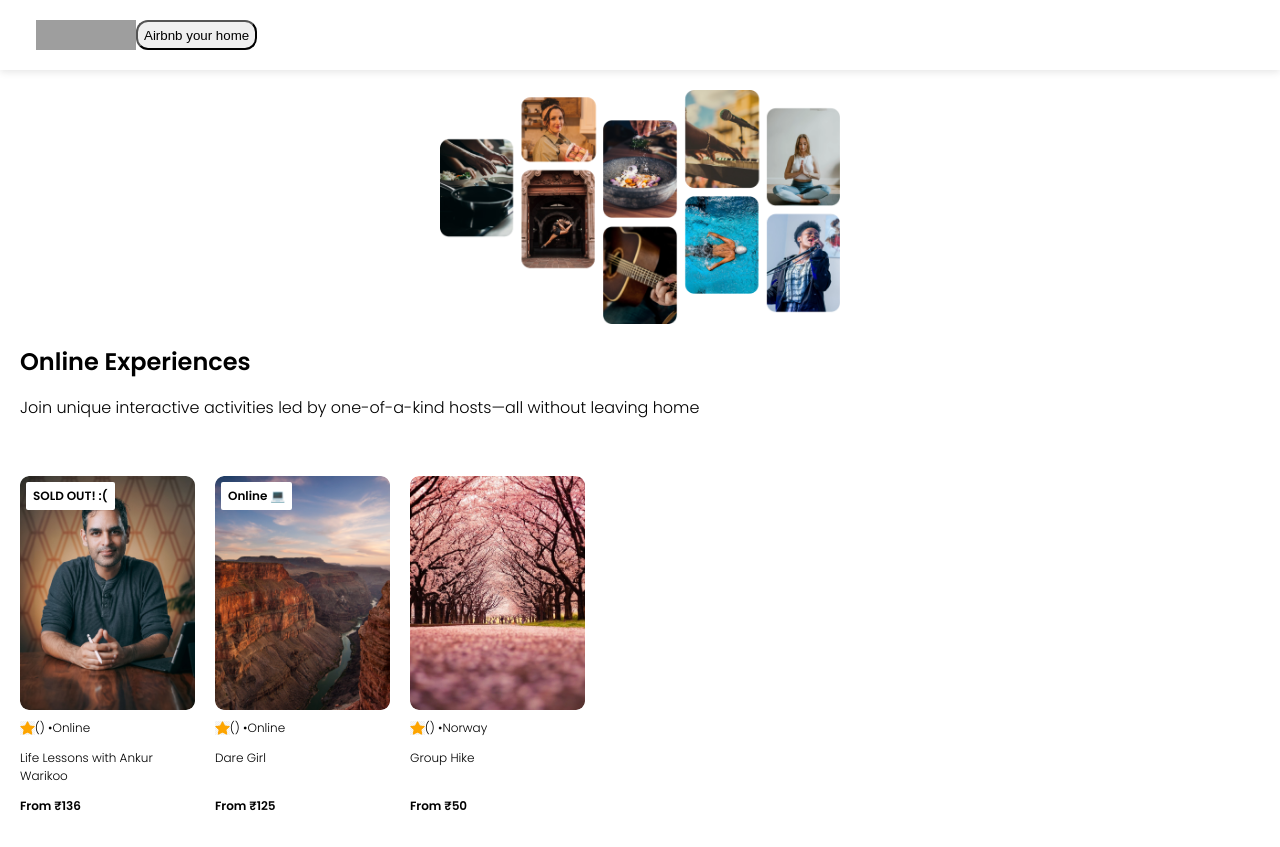
Repository: Sundaram-2001/Airbnb-experience
Page: /
An editor plug-in stored every save of this project. The page is shown before and after the next save, followed by the edit.
The browser window is 1280 px wide. The pictures show the whole page.
Pictures or frames that could not be fetched are drawn as grey boxes. The project was rebuilt for these pictures with package versions that can differ from the ones it lists, and the page was loaded fresh each time.

Above is the page before, as saved 2023-01-26 00:10:19.

### public/index.html
<!DOCTYPE html>
<html lang="en">
  <head>
    <link rel="preconnect" href="https://fonts.googleapis.com">
        <link rel="preconnect" href="https://fonts.gstatic.com" crossorigin>
        <link href="https://fonts.googleapis.com/css2?family=Poppins:wght@300;600&display=swap" rel="stylesheet">
    <meta charset="utf-8" />
    <link rel="icon" href="%PUBLIC_URL%/favicon.ico" />
    <meta name="viewport" content="width=device-width, initial-scale=1" />
    <meta name="theme-color" content="#000000" />
    <meta
      name="description"
      content="Web site created using create-react-app"
    />
    <link rel="apple-touch-icon" href="%PUBLIC_URL%/logo192.png" />

    <link rel="manifest" href="%PUBLIC_URL%/manifest.json" />

    <title>React App</title>
    <link rel="stylesheet" href="styles.css">
  </head>
  <body>
    <script src="index.js"></script>
    <div id="root"></div>

  </body>
</html>

### src/index.js
import React from 'react';
import ReactDOM from 'react-dom';
import App from "./components/App";

ReactDOM.render(<App/>,document.getElementById("root"));

### src/components/App.jsx
import React from 'react';
import ReactDOM from 'react-dom';
import Card from './Card';
import Hero from './Hero';
import Navbar from './Navbar';
import data from "./data";

export default function App(){
  const cards=data.map(item => {
    return(
      <Card

      item={item}
  />



    )


  })
  return (
    <div>
        <Navbar />
        <Hero />
      <section className='cards-list'>
        {cards}
        </section>

    </div>
)
}

### src/components/Card.jsx
import React from 'react';
import ReactDOM from 'react-dom';


function Card(props){
    let badgeText
    if(props.item.openSpots===0){
        badgeText="SOLD OUT! :("
    }
    else if(props.item.location==="Online"){
        badgeText="Online 💻"
    }
    return(
        <div className="card">
           {badgeText && <div className="card--badge">{badgeText}</div>}
            <img src={`../images/${props.item.coverImg}`} className="card--image" />
            <div className="card--stats">
                <img src="../images/download.png" className='card--star' />
                <span>{props.item.rating}</span>
                <span>({props.item.reviewCount}) • </span>
                <span>{props.item.location}</span>
            </div>
            <p className='card--title'> {props.item.title}</p>
            <p className="card--price"><span className="bold">From ₹{props.item.price}</span> </p>

        </div>
    )
}


export default Card;

### src/components/Hero.jsx
import React from 'react';
import ReactDOM from 'react-dom';


function Hero(){
    return(
        <section className='hero'>
            <img  className='hero--photo' src="../images/grid.png" alt="" />
            <h1 className='hero--header'>Online Experiences</h1>
            <p className='hero--text'>Join unique interactive activities led by
            one-of-a-kind hosts—all without leaving home</p>
        </section>
    )
}


export default Hero;//https://user-images.githubusercontent.com/78269625/158746508-4cd3f5a4-b6c4-4799-afe7-30777b1e0f5f.png

### src/components/Navbar.jsx
import React from 'react';
import ReactDOM from 'react-dom';

function Navbar(){
    return(

        <nav>
            <img className='nav--logo' src="../images/airbnb.png" alt="Air-bnb logo" width="120px" />
            <button class = "button">Airbnb your home</button>
        </nav>

    )
}

export default Navbar;

//https://media.designrush.com/inspiration_images/135187/conversions/_1511452487_364_Airbnb-mobile.jpg
//margin: 4px 4px;

### src/components/data.jsx
export default [
    {
        id: 1,
        title: "Life Lessons with Ankur Warikoo",
        description: "I will share with you what I call \"Positively Impactful Moments of Disappointment.\" Throughout my career, many of my highest moments only came after setbacks and losses. But learning from those difficult moments is what gave me the ability to rise above them and reach my goals.",
        price: 136,
        coverImg: "ankur-warikoo.png",
        stats: {
            rating: 5.0,
            reviewCount: 6
        },
        location: "Online",
        openSpots: 0,
    },
    {
        id: 2,
        title: "Dare Girl",
        description: "Interested in becoming a wedding photographer? For beginner and experienced photographers alike, join us in learning techniques required to leave the happy couple with memories that'll last a lifetime.",
        price: 125,
        coverImg: "grand-canyon.png",
        stats: {
            rating: 5.0,
            reviewCount: 30
        },
        location: "Online",
        openSpots: 27,
    },
    {
        id: 3,
        title: "Group Hike",
        description: "Experience the beautiful Norwegian landscape and meet new friends all while conquering rugged terrain on your mountain bike. (Bike provided!)",
        price: 50,
        coverImg: "japan-forest.png",
        stats: {
            rating: 4.8,
            reviewCount: 2
        },
        location: "Norway",
        openSpots: 3,
    }
]

### public/styles.css
* {
    box-sizing: border-box;
}

body {
    margin: 0;
    font-family: 'Poppins', sans-serif;
}
button {
    border-radius: 12px;
    background-color:;
  }

nav {
    height: 70px;
    display: flex;
    padding: 20px 36px;
    box-shadow: 0px 2.98256px 7.4564px rgba(0, 0, 0, 0.1);
}

.bold {
    font-weight: bold;
}

.gray {
    color: #918E9B;
}

.nav--logo {
    max-width: 100px;
}

section {
    padding: 20px;
}

.hero {
    display: flex;
    flex-direction: column;
}

.hero--photo {
    max-width: 400px;
    align-self: center;
}

.hero--header {
    margin-bottom: 16px;
}

.hero--text {
    margin-top: 0;
}

.cards-list {
    display: flex;
    flex-wrap: nowrap;
    gap: 20px;
    overflow-x: auto;
}

.card {
    width: 175px;
    font-size: 12px;
    flex: 0 0 auto;         /* ADD */
    display: flex;          /* ADD */
    flex-direction: column; /* ADD */
    position: relative;
}

.card--image {
    width: 100%;
    border-radius: 9px;
    margin-bottom: 9px;
}

/* ADD */
.card--title {
    overflow: hidden;
    text-overflow: ellipsis;
}

.card--stats {
    display: flex;
    align-items: center;
}

.card--star {
    height: 14px;
}

/* ADD */
.card--price {
    margin-top: auto;
}

.card--badge {
    position: absolute;
    top: 6px;
    left: 6px;
    background-color: white;
    padding: 5px 7px;
    border-radius: 2px;
    font-weight: bold;
}

After the next save:
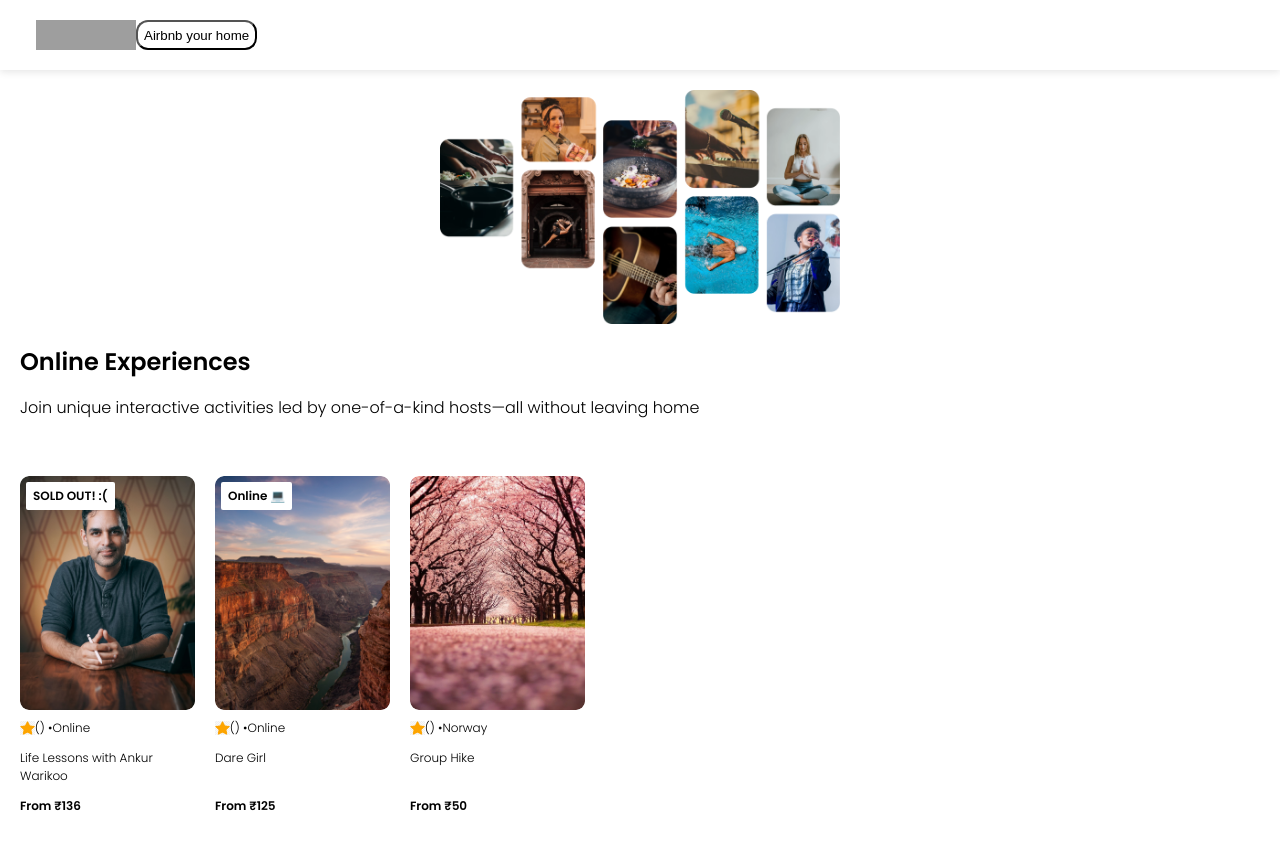
Saved 18 s later.
--- a/public/styles.css
+++ b/public/styles.css
@@ -8,7 +8,7 @@
 }
 button {
     border-radius: 12px;
-    background-color:;
+    background-color:inherit;
   }
 
 nav {
